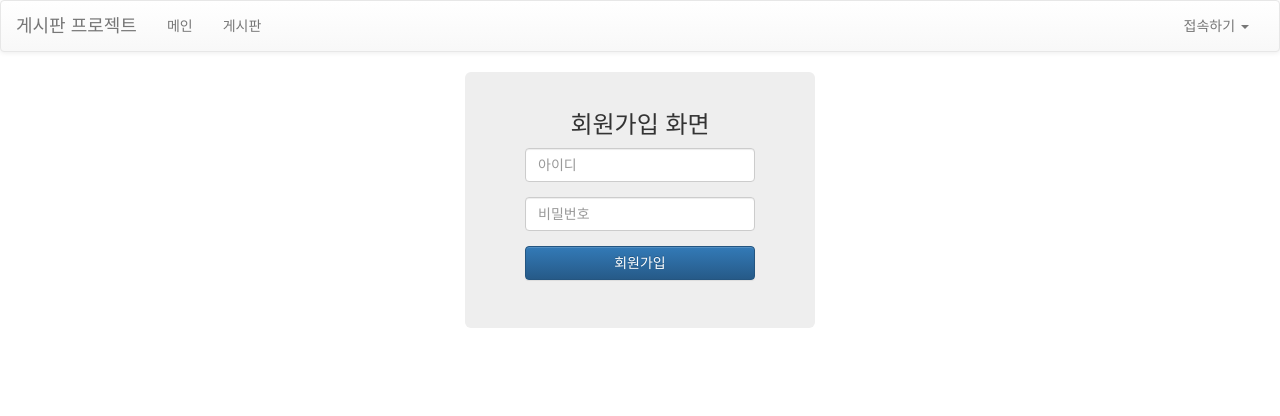
Repository: Seok7975/JSP-Education
Page: http://localhost/BBS/join.jsp
These files come from the project's save history. The page is drawn as it stood at one moment and after the next save; the edit follows.
The browser window is 1280 px wide. The pictures show the whole page.
Some web libraries are served in a nearby version. The page is served by Tomcat 9.

Above is the page before, as saved 2024-06-05 04:57:16.

After the next save:
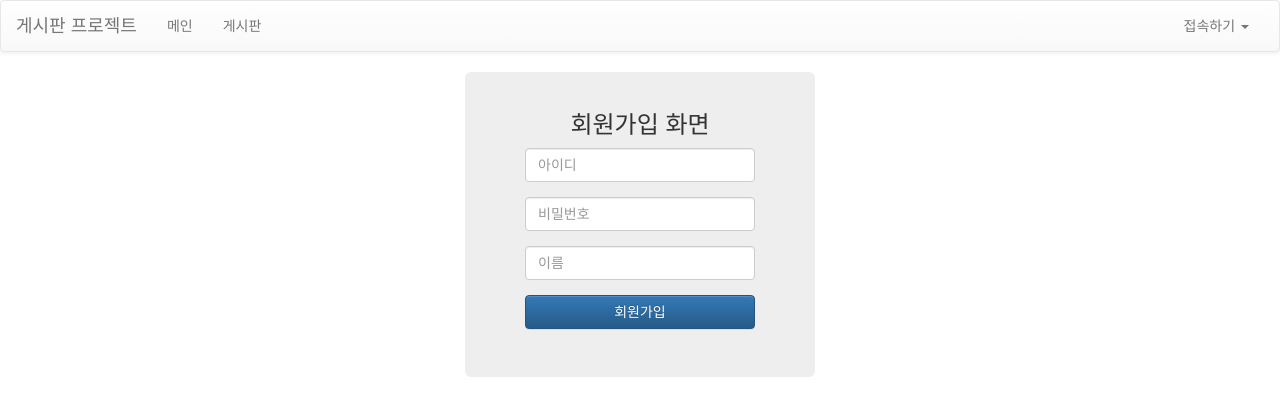
Saved 111 s later.
--- a/List_Projects/BBS/src/main/webapp/join.jsp
+++ b/List_Projects/BBS/src/main/webapp/join.jsp
@@ -57,6 +57,9 @@
 					<div class="form-group">
 						<input type="password" class="form-control" placeholder="비밀번호" name="userPassword" maxlength="20">
 					</div>
+					<div class="form-group">
+						<input type="text" class="form-control" placeholder="이름" name="userName" maxlength="20">
+					</div>
 					<input type="submit" class="btn btn-primary form-control" value="회원가입">
 				</form>
 			</div>
